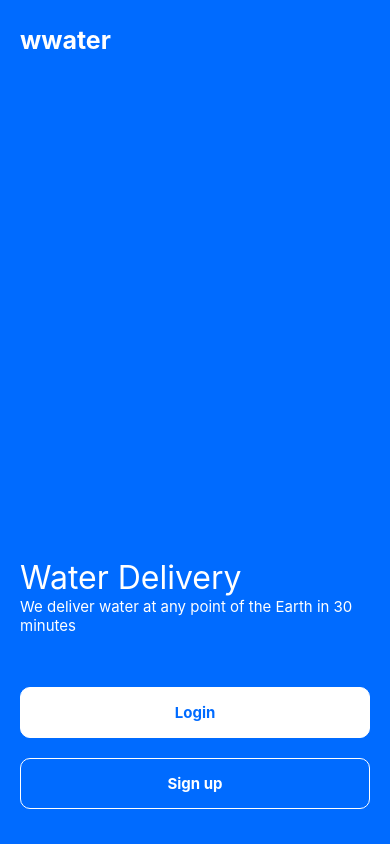
Repository: mtuguldr/myproject
Screen: /
These files come from the project's save history. The screen is drawn as it stood at one moment and after the next save; the edit follows.
The app was drawn by React Native's web renderer in a window 390 px wide. The project was rebuilt for these pictures with package versions that can differ from the ones it lists, and the page was loaded fresh each time. Also part of the build but not shown: app/Screens/HomeScreen.js.

Above is the screen before, as saved 2021-10-20 15:56:52.

### App.js
import React from 'react'
import HomeScreen from './app/Screens/HomeScreen'
import StartScreen from './app/Screens/StartScreen'

function App(props) {
	return <StartScreen />
}

export default App

### app/Screens/StartScreen.js
import React from 'react'
import { Platform, StyleSheet, Text, View } from 'react-native'

import Background from '../components/Background'
import Button from '../components/Button'
import Logo from '../components/Logo'
import colors from '../config/colors'
import { ft, hp, wp } from '../config/const'

const MARGIN_HORIZONTAL = wp('5%')
const MARGIN_VERTICAL = hp('5%')

function StartScreen() {
	return (
		<Background style={{ justifyContent: 'flex-end' }}>
			<Logo style={styles.logo} />
			<View style={styles.container}>
				<Text style={styles.title}>Water Delivery</Text>
				<Text style={styles.description}>
					We deliver water at any point of the Earth in 30
					minutes
				</Text>

				<Button
					color={colors.white}
					filled
					onPress={() => {}}
					title='Login'
				/>
				<Button
					color={colors.white}
					onPress={() => {}}
					title='Sign up'
				/>
			</View>
		</Background>
	)
}

const styles = StyleSheet.create({
	description: {
		color: 'white',
		fontSize: ft(14),
		marginBottom: MARGIN_VERTICAL,
	},
	container: {
		justifyContent: 'center',
		marginHorizontal: MARGIN_HORIZONTAL,
		marginBottom: Platform.OS === 'ios' ? hp('6%') : hp('3%'),
	},
	logo: {
		position: 'absolute',
		top: Platform.OS === 'ios' ? hp('6%') : hp('3%'),
		left: MARGIN_HORIZONTAL,
	},
	title: {
		color: 'white',
		fontSize: ft(28),
	},
})

export default StartScreen

### app/components/Background.js
import React, { Children } from 'react'
import { View, StyleSheet } from 'react-native'
import colors from '../config/colors'

function Background({ children, style }) {
	return <View style={[styles.container, style]}>{children}</View>
}

const styles = StyleSheet.create({
	container: {
		flex: 1,
		backgroundColor: colors.primary,
	},
})

export default Background

### app/components/Button.js
import React from 'react'
import { View, StyleSheet, TouchableOpacity, Text } from 'react-native'
import colors from '../config/colors'
import { ft } from '../config/const'

function Button({ title, onPress, color = colors.white, filled = false }) {
	return (
		<TouchableOpacity
			style={[
				styles.container,
				filled
					? {
							backgroundColor: color,
							borderColor: color,
					  }
					: {
							backgroundColor: 'transparent',
							borderColor: color,
					  },
			]}
			onPress={onPress}
		>
			<Text
				style={[
					styles.text,
					filled
						? {
								color: colors.primary,
						  }
						: {
								color: color,
						  },
				]}
			>
				{title}
			</Text>
		</TouchableOpacity>
	)
}

const styles = StyleSheet.create({
	container: {
		width: '100%',
		borderRadius: 10,
		padding: 15,
		borderWidth: 1,
		marginVertical: 10,
	},
	text: {
		fontWeight: 'bold',
		fontSize: ft(14),
		alignSelf: 'center',
	},
})

export default Button

### app/components/Logo.js
import React from 'react'
import { View, StyleSheet, Text } from 'react-native'
import { ft } from '../config/const'

function Logo({ style }) {
	return (
		<View style={style}>
			<Text style={styles.text}>wwater</Text>
		</View>
	)
}

const styles = StyleSheet.create({
	container: {},
	text: {
		color: 'white',
		fontWeight: 'bold',
		fontSize: ft(22),
	},
})

export default Logo

### app/config/const.js
import { Dimensions, Platform, PixelRatio } from 'react-native'

const { width: SCREEN_WIDTH, height: SCREEN_HEIGHT } = Dimensions.get('window')

// based on iphone 5s's scale
const scale = SCREEN_WIDTH / 320

export function ft(size) {
    const newSize = size * scale
    if (Platform.OS === 'ios') {
        return Math.round(PixelRatio.roundToNearestPixel(newSize))
    } else {
        return Math.round(PixelRatio.roundToNearestPixel(newSize)) - 2
    }
}

export {
    widthPercentageToDP as wp,
    heightPercentageToDP as hp,
} from 'react-native-responsive-screen'

### app/config/colors.js
export default {
	black: '#000',
	danger: '#ff5252',
	dark: '#0c0c0c',
	light: '#979797',
	medium: '#6e6969',
	primary: '#006bff',
	secondary: '#1768d3',
	white: '#fff',
}

After the next save:
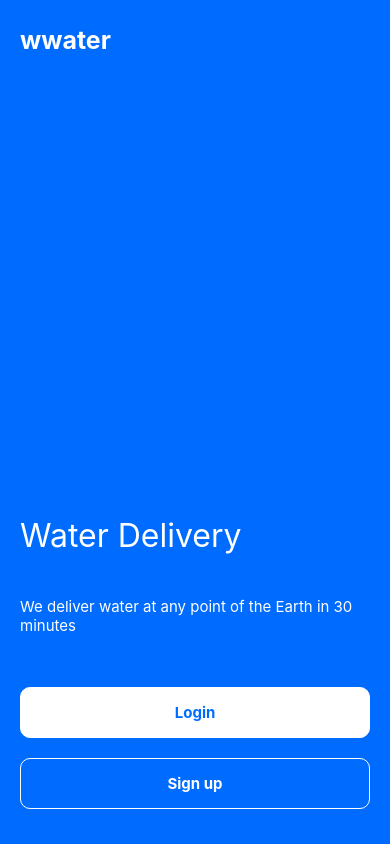
Saved 51 s later.
--- a/app/Screens/StartScreen.js
+++ b/app/Screens/StartScreen.js
@@ -56,6 +56,7 @@ const styles = StyleSheet.create({
 	title: {
 		color: 'white',
 		fontSize: ft(28),
+		marginBottom: MARGIN_VERTICAL,
 	},
 })
 
